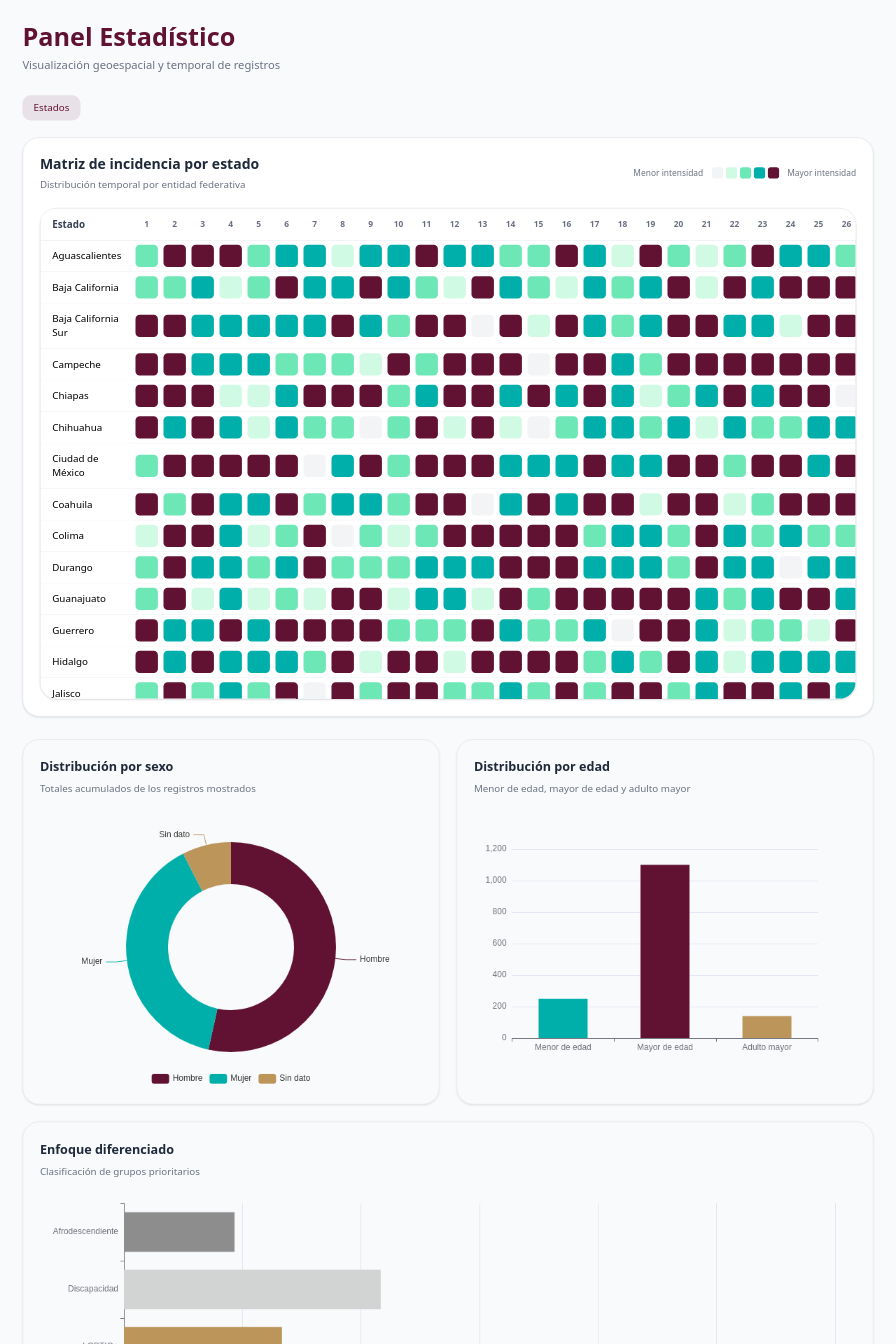
Repository: jesus890/semaforo-cinepolis
Page: /estadisticas
These files come from the project's save history. The page is drawn as it stood at one moment and after the next save; the edit follows.
The browser window is 1280 px wide. The pictures show the part of the page from y = 0 to 1920 px (the page is 2998 px tall), at 70% of full size.
An inner scrolling area shows only its first screen. The project was rebuilt for these pictures with package versions that can differ from the ones it lists, and the page was loaded fresh each time. Also part of the build but not shown: vite.config.ts, src/components/Dashboard/navigation/BackButton.tsx.

Above is the page before, as saved 2026-06-01 20:17:32.

### index.html
<!doctype html>
<html lang="en">
  <head>
    <meta charset="UTF-8" />
    <link rel="icon" type="image/svg+xml" href="/favicon.svg" />
    <meta name="viewport" content="width=device-width, initial-scale=1.0" />
    <title>Estadistica Alertamiento | RNPNDO</title>
  </head>
  <body>
    <div id="root"></div>
    <script type="module" src="/src/main.tsx"></script>
  </body>
</html>

### src/App.tsx
import EstadisticasPage from "./pages/EstadisticaPage"

function App() {

  return (
    <>
      <EstadisticasPage />
    </>
  )
}

export default App

### src/pages/EstadisticaPage.tsx
import Dashboard from "../components/Dashboard/Dashboard";


export default function EstadisticasPage() {
    return <Dashboard />;
}

### src/components/Dashboard/heatmap/HeatmapTable.tsx
"use client";

import type { HeatmapRow } from "../../../types/dashboard.types";



interface Props {
    rows: HeatmapRow[];

    level: "estado" | "municipio";

    onRowClick?: (
        row: HeatmapRow
    ) => void;
}

export default function HeatmapTable({
    rows,
    level,
    onRowClick,
}: Props) {

    function getIntensityColor(
        value: number
    ) {

        if (value === 0) {
            return "#F3F4F6";
        }

        if (value <= 5) {
            return "#D1FAE5";
        }

        if (value <= 15) {
            return "#6EE7B7";
        }

        if (value <= 30) {
            return "#00AFAA";
        }

        return "#611232";
    }

    const days =
        rows[0]?.values || [];

    return (

        <div
            className="
                rounded-3xl
                border
                border-gray-200
                bg-white
                shadow-sm
                overflow-hidden
            "
        >

            <div
                className="
                    overflow-x-auto
                    overflow-y-auto
                    max-h-[700px]
                "
            >

                <table
                    className="
                        min-w-full
                        border-collapse
                    "
                >

                    <thead
                        className="
                            sticky
                            top-0
                            bg-white
                            z-20
                        "
                    >

                        <tr>

                            <th
                                className="
                                    sticky
                                    left-0
                                    z-30
                                    bg-white
                                    border-b
                                    border-gray-200
                                    px-4
                                    py-3
                                    text-left
                                    text-sm
                                    font-semibold
                                    text-gray-700
                                "
                            >

                                {
                                    level ===
                                        "estado"
                                        ? "Estado"
                                        : "Municipio"
                                }

                            </th>

                            {days.map(
                                (day) => (

                                    <th
                                        key={
                                            day.day
                                        }
                                        className="
                                            border-b
                                            border-gray-200
                                            px-3
                                            py-3
                                            text-center
                                            text-xs
                                            font-semibold
                                            text-gray-500
                                        "
                                    >

                                        {day.day}

                                    </th>
                                )
                            )}

                        </tr>

                    </thead>

                    <tbody>

                        {rows.map(
                            (row) => (

                                <tr
                                    key={
                                        row.id
                                    }
                                >

                                    <td
                                        onClick={() => {

                                            if (
                                                level ===
                                                "estado"
                                            ) {

                                                onRowClick?.(
                                                    row
                                                );
                                            }
                                        }}
                                        className={`
                                            sticky
                                            left-0
                                            bg-white
                                            border-b
                                            border-gray-100
                                            px-4
                                            py-3
                                            text-sm
                                            font-medium
                                            z-10

                                            ${
                                                level ===
                                                "estado"
                                                    ? "cursor-pointer hover:text-[#611232]"
                                                    : ""
                                            }
                                        `}
                                    >

                                        {
                                            row.name
                                        }

                                    </td>

                                    {row.values.map(
                                        (
                                            cell,
                                            index
                                        ) => (

                                            <td
                                                key={`${row.id}-${index}`}
                                                className="
                                                    border-b
                                                    border-gray-100
                                                    p-1
                                                "
                                            >

                                                <div
                                                    className="
                                                        h-8
                                                        w-8
                                                        rounded-md
                                                        transition-all
                                                        cursor-pointer
                                                        hover:scale-110
                                                    "
                                                    style={{
                                                        backgroundColor:
                                                            getIntensityColor(
                                                                cell.total
                                                            ),
                                                    }}
                                                    title={`
                                                        ${row.name}
                                                        | Día ${cell.day}
                                                        | ${cell.total} registros
                                                    `}
                                                />

                                            </td>
                                        )
                                    )}

                                </tr>
                            )
                        )}

                    </tbody>

                </table>

            </div>

        </div>
    );
}

### src/components/Dashboard/heatmap/HeatmapLegend.tsx
export default function HeatmapLegend() {

    const levels = [
        "#F3F4F6",
        "#D1FAE5",
        "#6EE7B7",
        "#00AFAA",
        "#611232",
    ];

    return (
        <div className="flex items-center gap-3">

            <span className="text-xs text-gray-500">
                Menor intensidad
            </span>

            <div className="flex items-center gap-1">

                {levels.map((color) => (

                    <div
                        key={color}
                        className="h-4 w-4 rounded"
                        style={{
                            backgroundColor: color,
                        }}
                    />
                ))}

            </div>

            <span className="text-xs text-gray-500">
                Mayor intensidad
            </span>

        </div>
    );
}

### src/hooks/useDashboard.ts
import { useMemo, useState } from "react";

import type { DashboardLevel, HeatmapRow } from "../types/dashboard.types";

import {estadosMock,municipiosMock} from "../data/mockData";

export function useDashboard() {

    const [
        level,
        setLevel,
    ] = useState<DashboardLevel>(
        "estado"
    );

    const [
        selectedState,
        setSelectedState,
    ] = useState<HeatmapRow | null>(
        null
    );

    const tableData = useMemo(() => {

        if (
            level === "estado"
        ) {
            return estadosMock;
        }

        const municipioInfo =
            municipiosMock.find(
                item =>
                    item.estadoId ===
                    selectedState?.id
            );

        return (
            municipioInfo?.municipios ||
            []
        );

    }, [
        level,
        selectedState,
    ]);

    const enterState = (
        state: HeatmapRow
    ) => {

        setSelectedState(state);

        setLevel(
            "municipio"
        );
    };

    const backToStates =
        () => {

            setLevel(
                "estado"
            );

            setSelectedState(
                null
            );
        };

    return {

        level,

        tableData,

        selectedState,

        enterState,

        backToStates,
    };
}

### src/components/Dashboard/charts/SexoChart.tsx
import ReactECharts from "echarts-for-react";
import { Colors } from "../../../constants/colors";

export default function SexoChart() {
    const option = {
        tooltip: {
            trigger: "item",
        },

        legend: {
            bottom: 0,
        },

        series: [
            {
                type: "pie",
                radius: ["45%", "75%"],

                data: [
                    {
                        value: 850,
                        name: "Hombre",
                        itemStyle: {
                            color: Colors.rojito,
                        },
                    },
                    {
                        value: 620,
                        name: "Mujer",
                        itemStyle: {
                            color: Colors.verdecito,
                        },
                    },
                    {
                        value: 120,
                        name: "Sin dato",
                        itemStyle: {
                            color: Colors.oro,
                        },
                    },
                ],
            },
        ],
    };

    return (
        <ReactECharts
            option={option}
            style={{ height: "400px" }}
        />
    );
}

### src/components/Dashboard/charts/EdadChart.tsx
import ReactECharts from "echarts-for-react";
import { Colors } from "../../../constants/colors";

export default function EdadChart() {
  const option = {
    tooltip: {
      trigger: "axis",
    },

    xAxis: {
      type: "category",
      data: [
        "Menor de edad",
        "Mayor de edad",
        "Adulto mayor",
      ],
    },

    yAxis: {
      type: "value",
    },

    series: [
      {
        type: "bar",
        barWidth: 70,

        data: [
          {
            value: 250,
            itemStyle: {
              color: Colors.verdecito,
            },
          },
          {
            value: 1100,
            itemStyle: {
              color: Colors.rojito,
            },
          },
          {
            value: 140,
            itemStyle: {
              color: Colors.oro,
            },
          },
        ],
      },
    ],
  };

  return (
    <ReactECharts
      option={option}
      style={{ height: "400px" }}
    />
  );
}

### src/components/Dashboard/charts/EnfoqueChart.tsx
import ReactECharts from "echarts-for-react";
import { Colors } from "../../../constants/colors";


export default function EnfoqueChart() {
  const option = {
    tooltip: {
      trigger: "axis",
    },

    grid: {
      left: 120,
      right: 30,
      top: 20,
      bottom: 20,
    },

    xAxis: {
      type: "value",
    },

    yAxis: {
      type: "category",
      data: [
        "Indígena",
        "Migrante",
        "LGBTIQ+",
        "Discapacidad",
        "Afrodescendiente",
      ],
    },

    series: [
      {
        type: "bar",

        data: [
          {
            value: 180,
            itemStyle: {
              color: Colors.rojito,
            },
          },
          {
            value: 90,
            itemStyle: {
              color: Colors.verdecito,
            },
          },
          {
            value: 40,
            itemStyle: {
              color: Colors.oro,
            },
          },
          {
            value: 65,
            itemStyle: {
              color: Colors.grisote,
            },
          },
          {
            value: 28,
            itemStyle: {
              color: "#8D8D8D",
            },
          },
        ],
      },
    ],
  };

  return (
    <ReactECharts
      option={option}
      style={{ height: "450px" }}
    />
  );
}

### src/data/mockData.ts
import type { HeatmapRow, MunicipioData } from "../types/dashboard.types";

const estados = [
    "Aguascalientes",
    "Baja California",
    "Baja California Sur",
    "Campeche",
    "Chiapas",
    "Chihuahua",
    "Ciudad de México",
    "Coahuila",
    "Colima",
    "Durango",
    "Guanajuato",
    "Guerrero",
    "Hidalgo",
    "Jalisco",
    "México",
    "Michoacán",
    "Morelos",
    "Nayarit",
    "Nuevo León",
    "Oaxaca",
    "Puebla",
    "Querétaro",
    "Quintana Roo",
    "San Luis Potosí",
    "Sinaloa",
    "Sonora",
    "Tabasco",
    "Tamaulipas",
    "Tlaxcala",
    "Veracruz",
    "Yucatán",
    "Zacatecas",
];

export const DAYS = Array.from(
    { length: 30 },
    (_, index) => `${index + 1}`
);

function random(min: number, max: number) {
    return Math.floor(
        Math.random() * (max - min + 1)
    ) + min;
}

export const estadosMock: HeatmapRow[] =
    estados.map((estado, index) => ({
        id: `${index + 1}`,
        name: estado,
        values: DAYS.map((day) => ({
            day,
            total: random(0, 50),
        })),
    }));

function generateMunicipios(
    estadoId: string,
    estadoNombre: string
): MunicipioData {

    const municipios: HeatmapRow[] =
        Array.from(
            { length: 15 },
            (_, index) => ({
                id: `${estadoId}-${index + 1}`,

                name: `${estadoNombre} Municipio ${index + 1}`,

                values: DAYS.map((day) => ({
                    day,
                    total: random(0, 30),
                })),
            })
        );

    return {
        estadoId,
        municipios,
    };
}

export const municipiosMock: MunicipioData[] =
    estadosMock.map((estado) =>
        generateMunicipios(
            estado.id,
            estado.name
        )
    );

### src/constants/colors.ts
export const Colors = {
    rojito: "#611232",
    verdecito: "#00AFAA",
    oro: "#BC955B",
    grisito: "#E8E8E8",
    grisote: "#D2D3D3",
    text: "#5A5A5A",
};

Loaded but not shown: src/main.tsx (common file); src/index.css (common file); src/components/Dashboard/Dashboard.tsx (252 lines, source omitted)

After the next save:
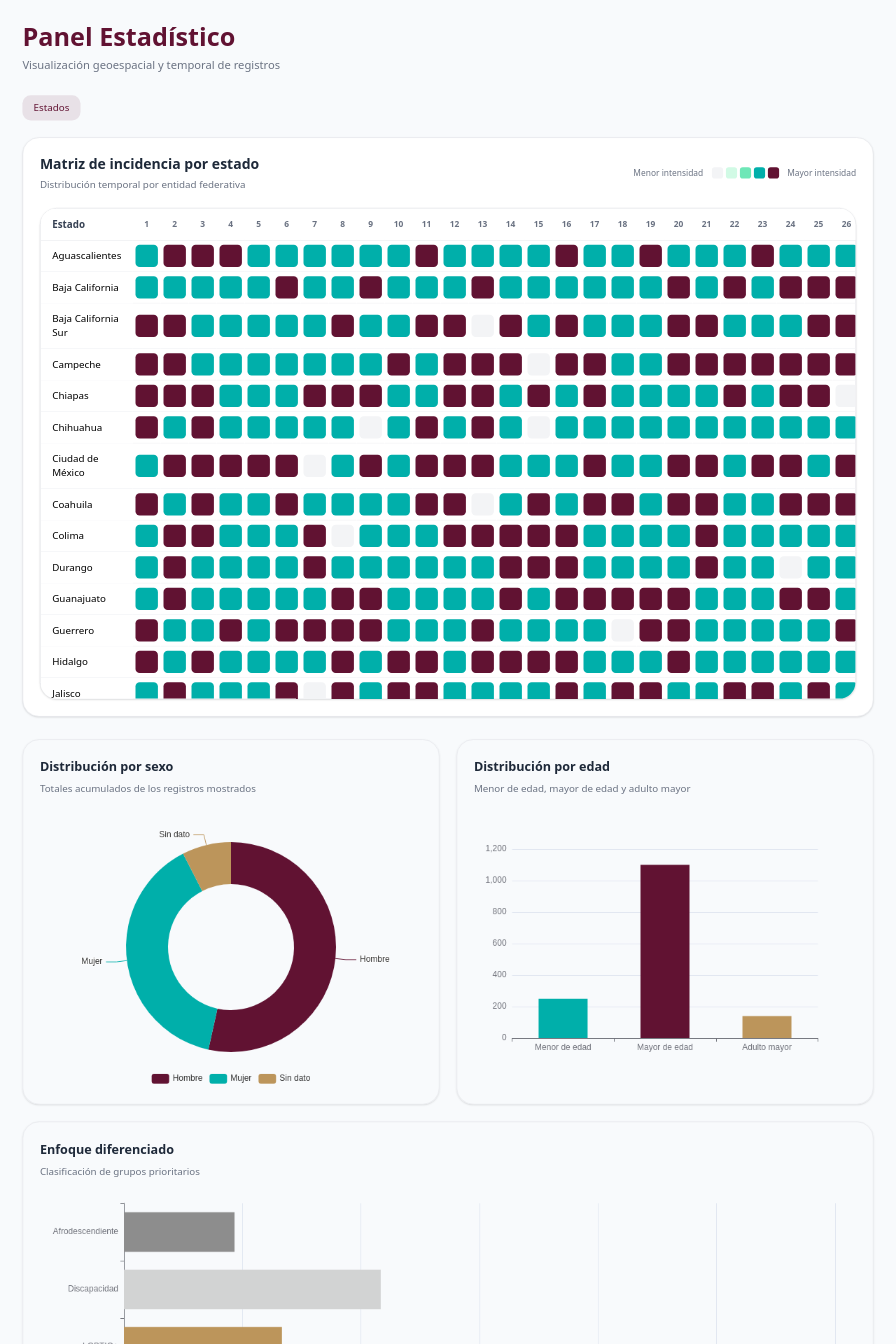
Saved 48 s later.
--- a/src/components/Dashboard/heatmap/HeatmapTable.tsx
+++ b/src/components/Dashboard/heatmap/HeatmapTable.tsx
@@ -26,14 +26,6 @@ export default function HeatmapTable({
 
         if (value === 0) {
             return "#F3F4F6";
-        }
-
-        if (value <= 5) {
-            return "#D1FAE5";
-        }
-
-        if (value <= 15) {
-            return "#6EE7B7";
         }
 
         if (value <= 30) {
